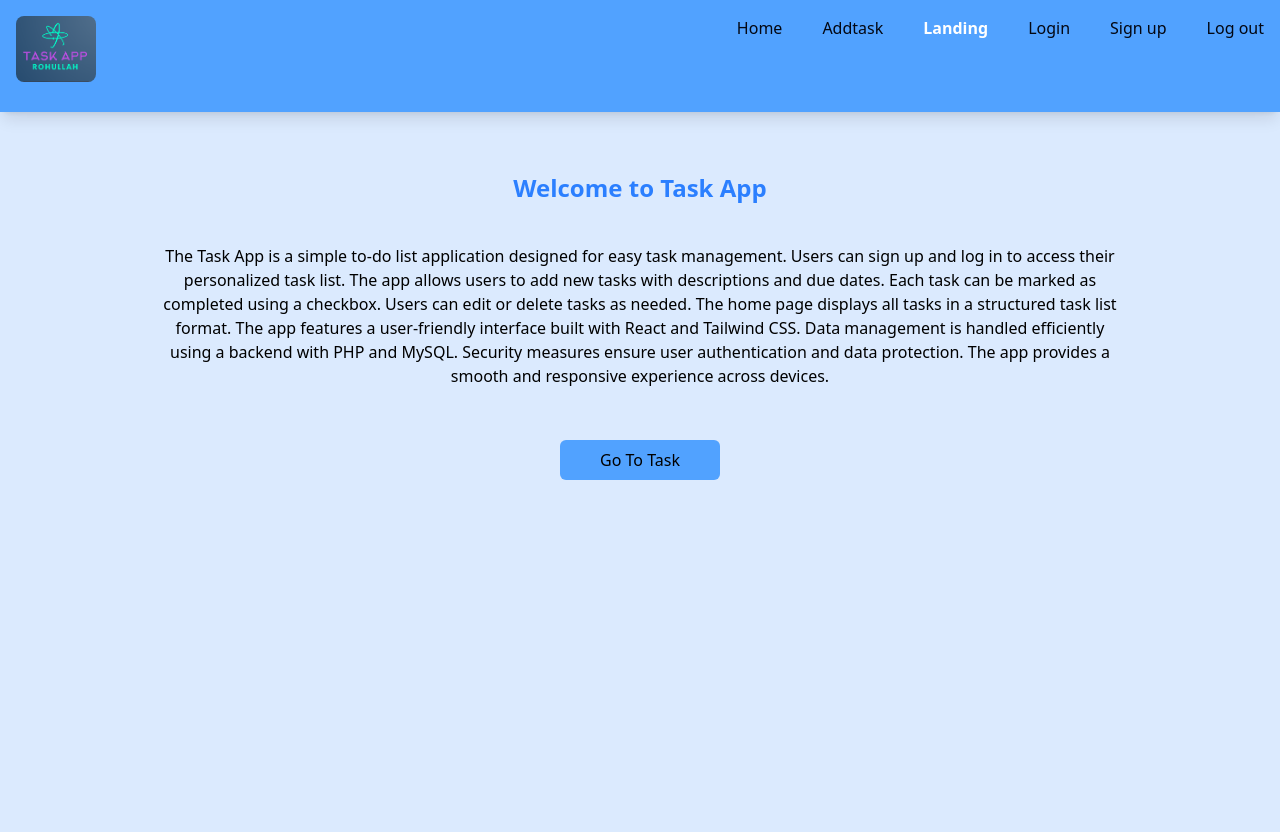
Repository: Rohullah-Noori/TaskApp
Page: /
These files come from the project's save history. The page is drawn as it stood at one moment and after the next save; the edit follows.
The browser window is 1280 px wide. The pictures show the whole page.
The project was rebuilt for these pictures with package versions that can differ from the ones it lists, and the page was loaded fresh each time. Also part of the build but not shown: vite.config.js, src/components/Loader.jsx, src/pages/Home.jsx, src/pages/Login.jsx, src/pages/Signup.jsx, src/pages/Addtask.jsx, src/pages/Edittask.jsx, src/pages/Errorpage.jsx and 1 more.

Above is the page before, as saved 2025-03-01 04:58:49.

After the next save:
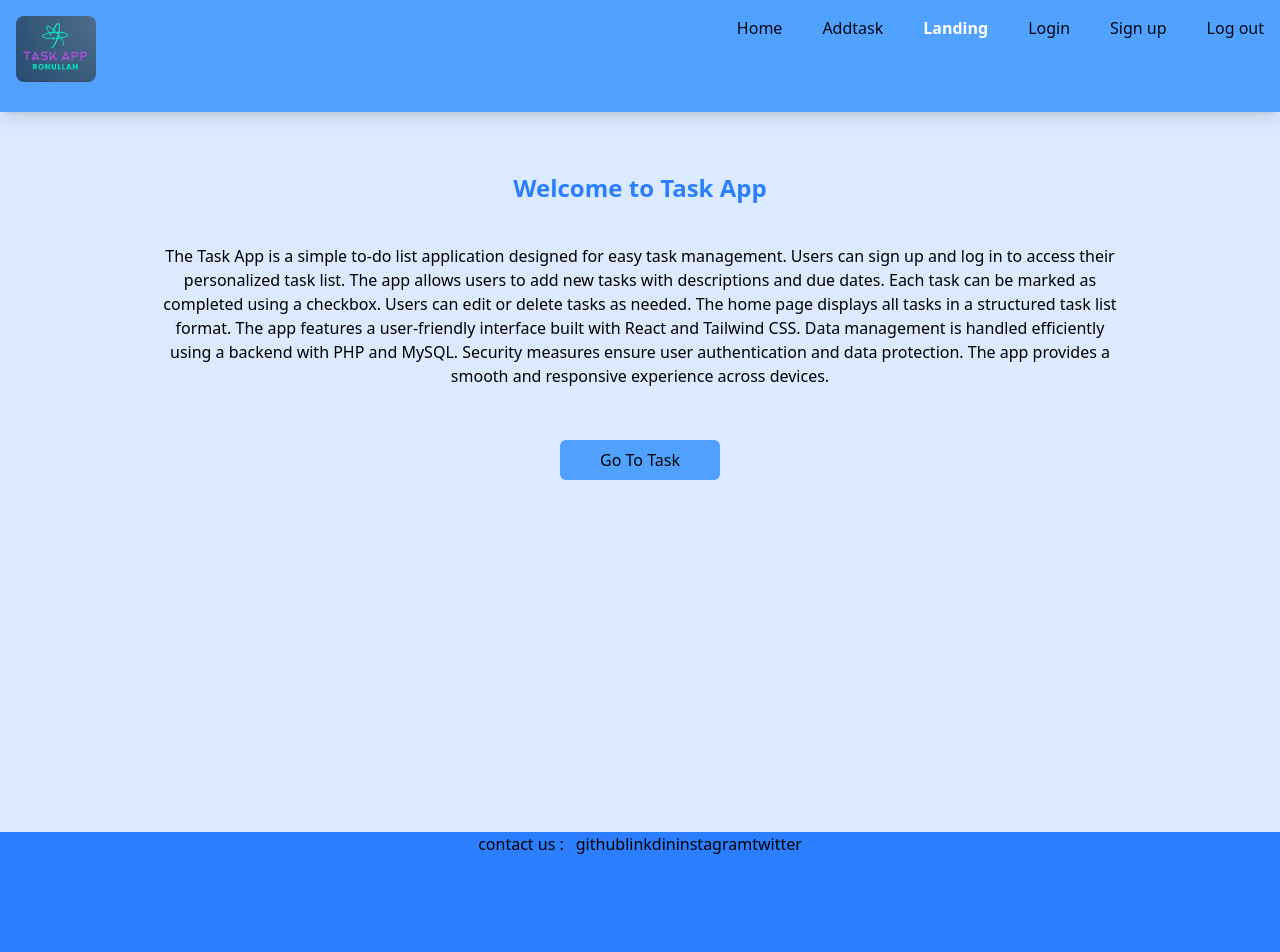
Saved 55 s later.
--- a/src/pages/Landing.jsx
+++ b/src/pages/Landing.jsx
@@ -3,6 +3,7 @@ import Button from "../components/Button";
 import Navbar from "../components/Navbar";
 import { useEffect, useState } from "react";
 import Loader from "../components/Loader";
+import Footer from "../components/Footer";
 
 function Landing() {
   const [loading, setIsloading] = useState(false);
@@ -43,6 +44,7 @@ function Landing() {
           </div>
         </div>
       </div>
+      <Footer />
     </>
   );
 }
